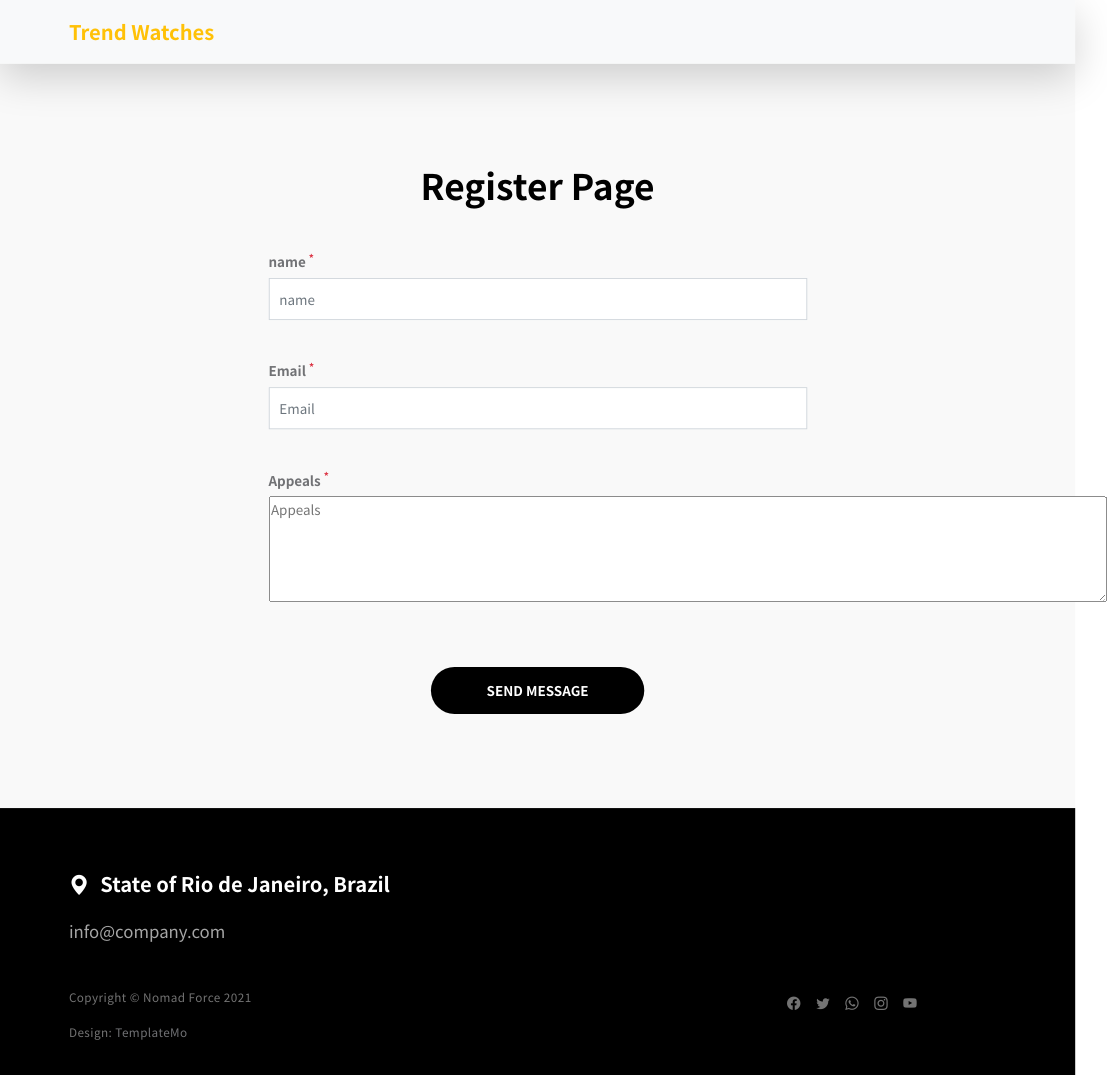
Repository: maqsudov0371/homework
Page: http://localhost/appeals
These files come from the project's save history. The page is drawn as it stood at one moment and after a run of saves; the edit follows.
The browser window is 1280 px wide. The page is 1318 px wide, then 1280 px, so the pictures cover 1318 px, including what lies to the right of the window. The pictures show the whole page, at 84% of full size.
The page is served by the project's application, run on Django 5.2 (manage.py).

Above is the page before, as saved 2024-07-13 15:56:15.

After the next 2 saves:
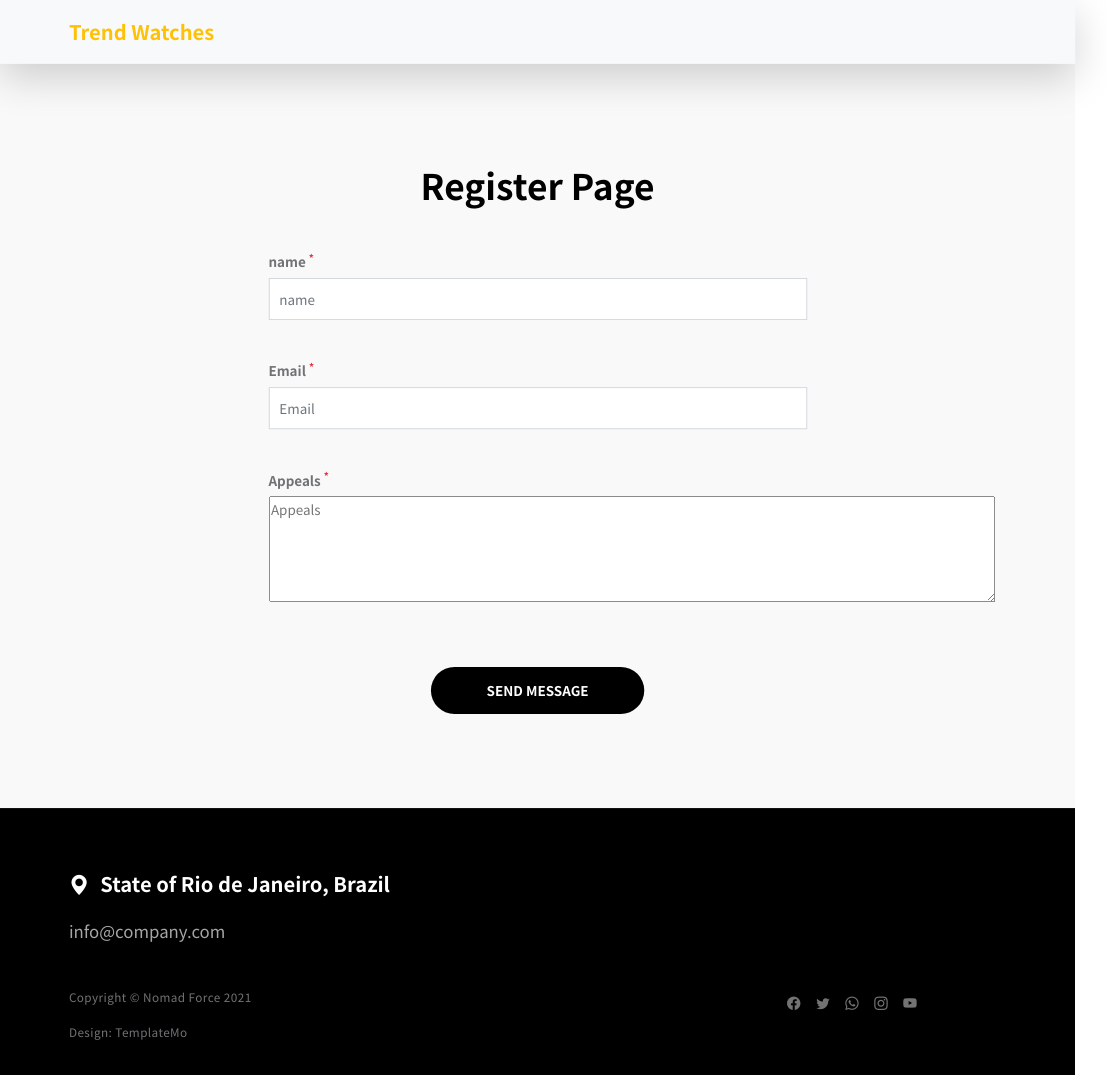
The 2 saves are shown as one change because they came seconds apart.
The last was saved 12 s later.
--- a/templates/appeals.html
+++ b/templates/appeals.html
@@ -84,7 +84,7 @@
                                         <label for="appeals" class="form-label">Appeals <sup class="text-danger">*</sup></label>
 
                                         <!-- <input type="appeals" name="appeals" id="appeals"  class="form-control" placeholder="Appeals" > -->
-                                        <textarea name="appeals" id="Appeals" cols="110" rows="5" placeholder="Appeals"></textarea>
+                                        <textarea name="appeals" id="Appeals" cols="95" rows="5" placeholder="Appeals"></textarea>
                                     </div>
 
                                 <div class="col-lg-5 col-12 mx-auto mt-5">
